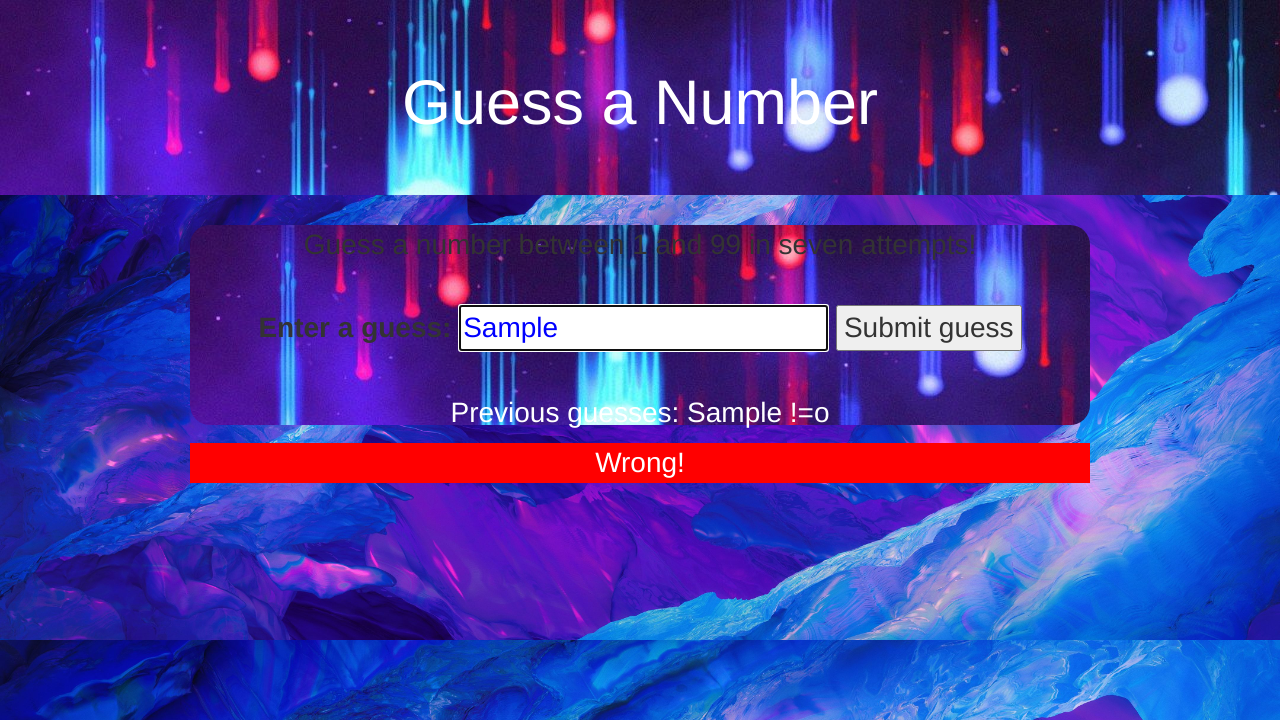
Repository: EricG831/a1
Page: a2/index.html
The author's editor kept a record of every edit. The page is drawn from the files as they stood at one moment, then again after the next edit.
The browser window is 1280 px wide. The pictures show the whole page.
Empty fields were first filled with sample values (such as "Sample", 5 or name@example.com).
After loading, the first visible `input.guessSubmit` was clicked once.

Above is the page before.
Console error: TypeError: Cannot set properties of null (setting 'innerHTML')

After the next edit:
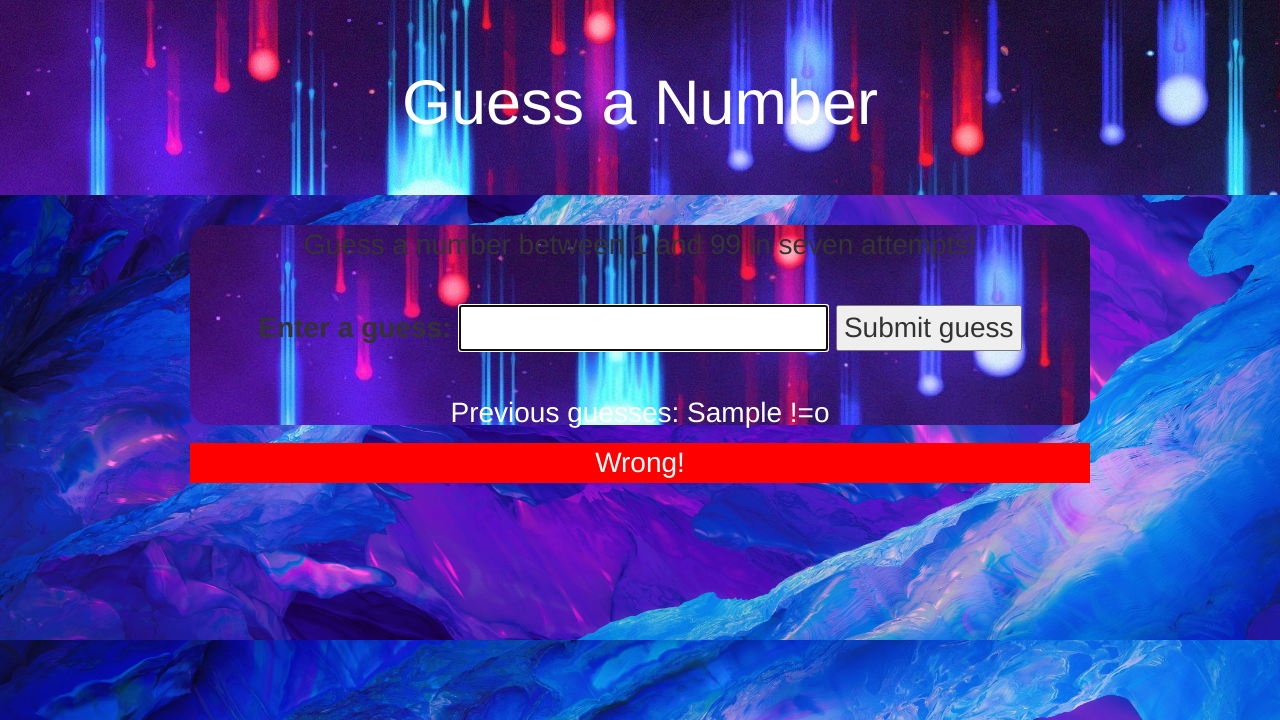
The error is gone.
The edit:
--- a/a2/js/function.js
+++ b/a2/js/function.js
@@ -44,11 +44,8 @@
     else {
         lastResult.innerHTML = 'Wrong!';
         lastResult.style.backgroundColor = 'red';
-        if (guessCount < 5) {
-            consonantOrVowel.innerHTML = 'Last guess was too low!';
-        }
-        else if (userGuess > randomChar) {
-            consonantOrVowel.innerHTML = 'Last guess was too high!';
+        if (guessCount > 5) {
+            consonantOrVowel.innerHTML = 'Hint! letter is a ' + checkRandLetterType();
         }
     }
 
